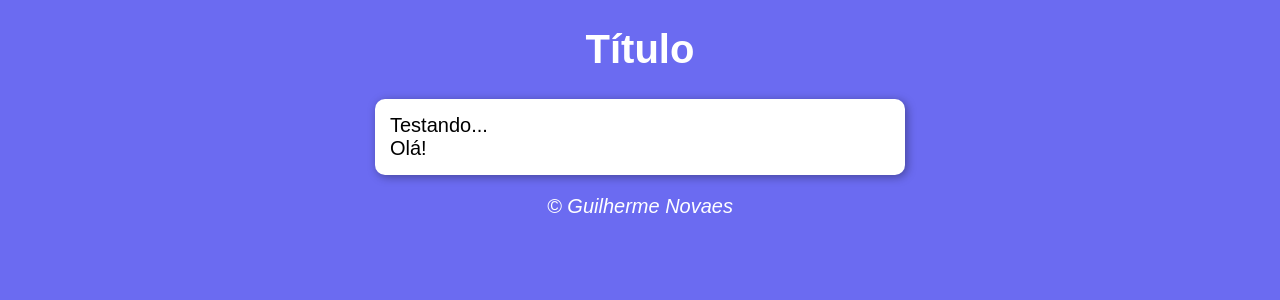
Repository: Guilherme-RNovaes/JavaScript-Curso
Page: Aula 14ex/ex016/index.html
The author's editor kept a copy of each file at every save. The page is drawn from the files as they stood at one save, then again after the next save.
The browser window is 1280 px wide. The pictures show the whole page.

Above is the page before, as saved 2022-09-06 11:49:31.

### Aula 14ex/ex016/index.html
<!DOCTYPE html>
<html lang="pt-br">
<head>
    <meta charset="UTF-8">
    <meta http-equiv="X-UA-Compatible" content="IE=edge">
    <meta name="viewport" content="width=device-width, initial-scale=1.0">
    <title>Modelo de Exercício</title>
    <link rel="stylesheet" href="src/Style/style.css">
</head>
<body>
    <header>
        <h1>Título</h1>
    </header>
    <section>
        <div>
            Testando...
        </div>
        <div>
            Olá!
        </div>
    </section>
    <footer>
        <p>&copy; Guilherme Novaes</p>
    </footer>
    <script src="script.js"></script>
</body>
</html>

### Aula 14ex/ex016/src/Style/style.css
body{
    background-color: rgb(107, 107, 241);
    font: normal 15pt Arial;
}
header {
    color: white;
    text-align: center;
}

section{
    background-color: white;
    border-radius: 10px;
    padding: 15px;
    width: 500px;
    margin: auto;
    box-shadow: 2px 2px 10px rgba(0, 0, 0, 0.36);
}

footer{
    color: white;
    text-align: center;
    font-style: italic;
}

div img{
    width: 250px;
    height: 250px;
    border-radius: 100%;
}

Loaded but not shown: Aula 14ex/ex016/script.js (no copy from this time; the picture is the same without it)

After the next save:
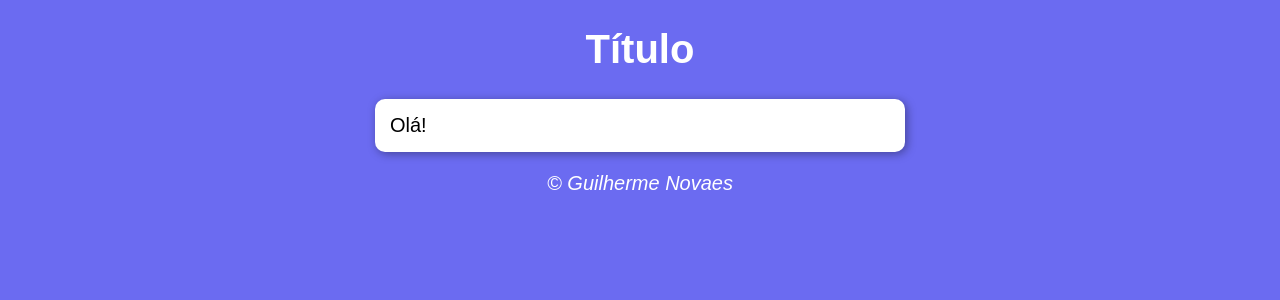
Saved 22 h 28 min later.
--- a/Aula 14ex/ex016/index.html
+++ b/Aula 14ex/ex016/index.html
@@ -13,7 +13,7 @@
     </header>
     <section>
         <div>
-            Testando...
+
         </div>
         <div>
             Olá!
